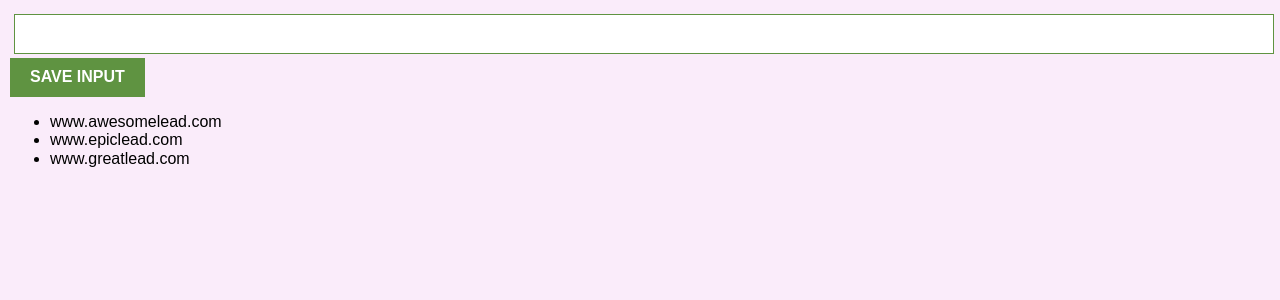
Repository: jt010051/chromeExtension
Page: index.html
The author's editor kept a copy of each file at every save. The page is drawn from the files as they stood at one save, then again after the next save.
The browser window is 1280 px wide. The pictures show the whole page.

Above is the page before, as saved 2022-02-27 19:33:00.

After the next save:
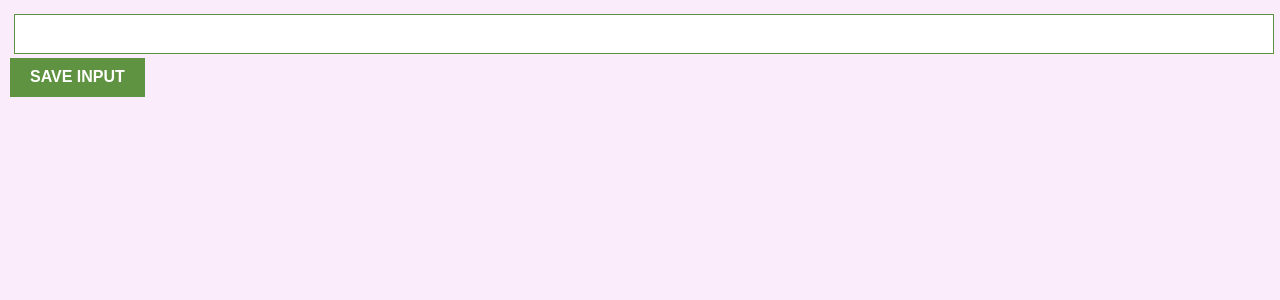
Saved 95 s later.
--- a/index.js
+++ b/index.js
@@ -1,5 +1,5 @@
 
-let myLeads=["www.awesomelead.com", "www.epiclead.com", "www.greatlead.com"]
+let myLeads=[]
 const inputEl=document.getElementById("input-el")
 const inputBtn = document.getElementById("input-btn")
 
@@ -9,10 +9,14 @@ console.log(ulEl)
 inputBtn.addEventListener("click", function(){
 myLeads.push(inputEl.value)
 console.log(myLeads)
+renderLeads()
 })
+
+function renderLeads(){
 let listItems =""
 
 for(let i = 0; i<myLeads.length; i++){
     listItems += "<li>" +myLeads[i] +"</li>"
 }
 ulEl.innerHTML =listItems
+}
